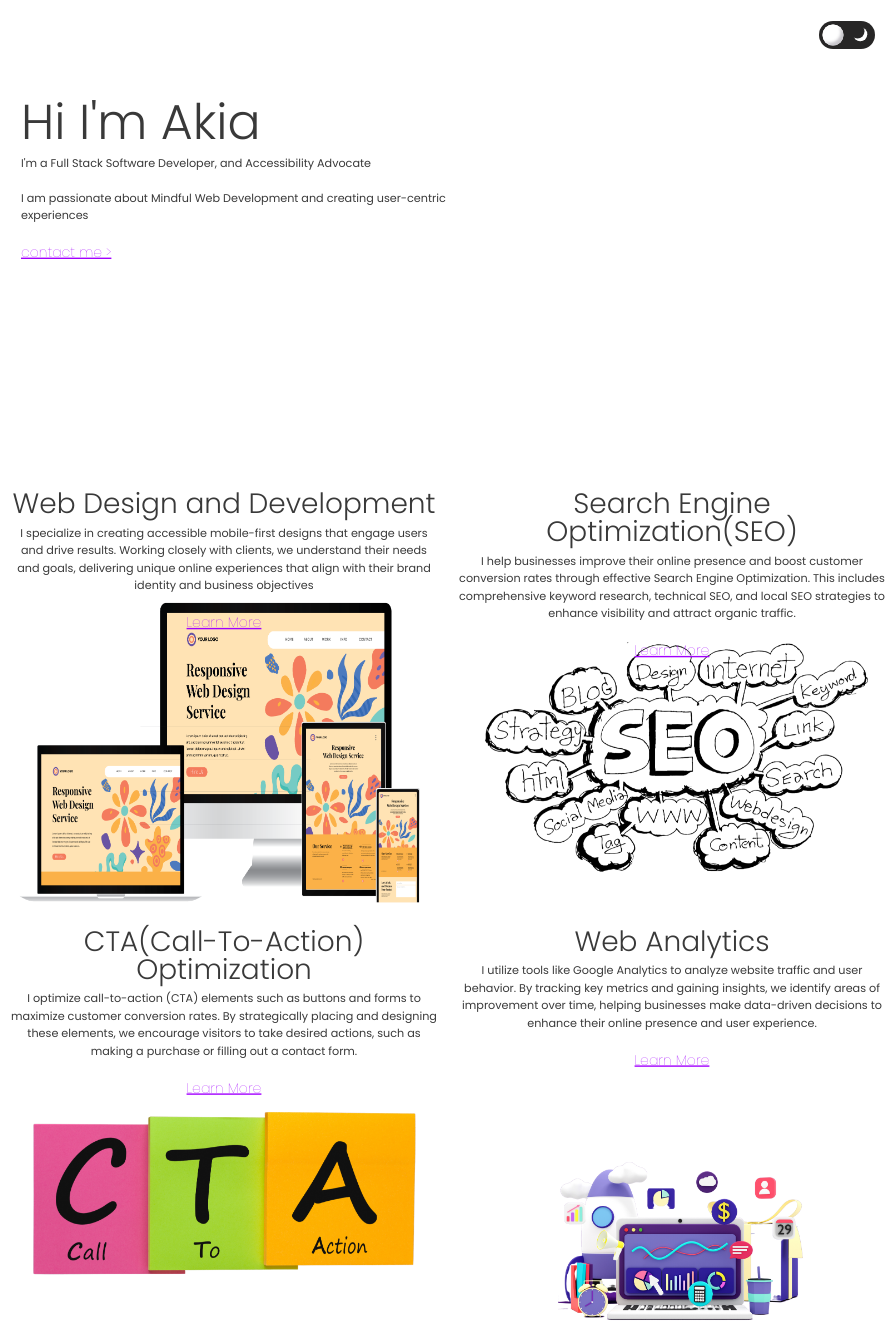
Repository: akiachenise/akiachenise.github.io
Page: index.html
These files come from the project's save history. The page is drawn as it stood at one moment and after the next save; the edit follows.
The browser window is 1280 px wide. The pictures show the part of the page from y = 0 to 1920 px (the page is 2888 px tall before and 2903 px after), at 70% of full size.

Above is the page before, as saved 2023-06-08 20:41:00.

After the next save:
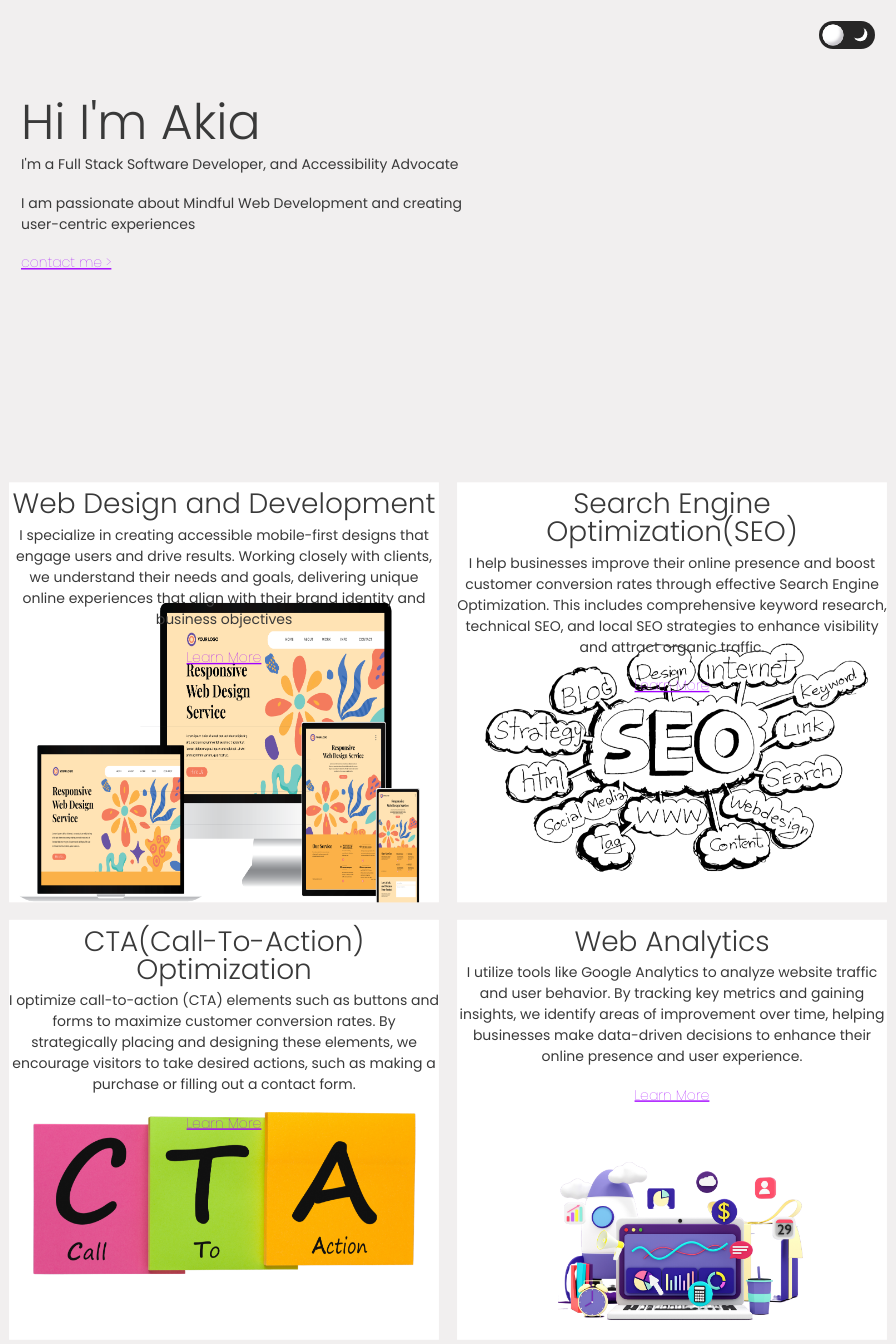
Saved 117 s later.
--- a/css/styles.css
+++ b/css/styles.css
@@ -3,8 +3,8 @@
 body {
     transition: 0.3s;
     margin: 0;
-    padding:0;
-    background-color: 241, 239, 239);
+    padding: 0;
+    background-color: rgb(241, 239, 239);
     font-family: 'Poppins', sans-serif;
     color: rgb(57, 57, 57);
 }
@@ -24,7 +24,7 @@ h2 {
 
 p {
     margin: 0px;
-    font-size 20px;
+    font-size: 20px;
 }
 
 a {
